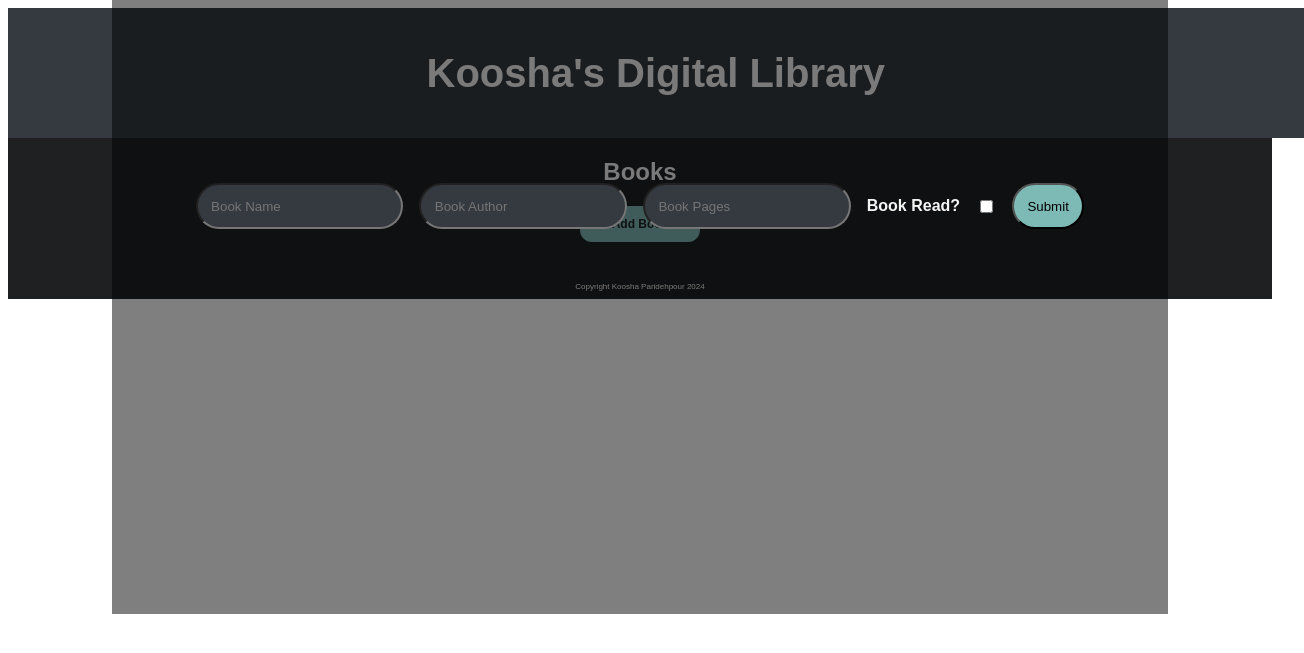
Repository: KooshaPari/odin-TTT
Page: index.html
These files come from the project's save history. The page is drawn as it stood at one moment and after the next save; the edit follows.
The browser window is 1280 px wide. The page is 1304 px wide, so the pictures cover 1304 px, including what lies to the right of the window. The pictures show the whole page.

Above is the page before, as saved 2024-03-14 21:53:55.
Console error: TypeError: Document.querySelector is not a function

After the next save:
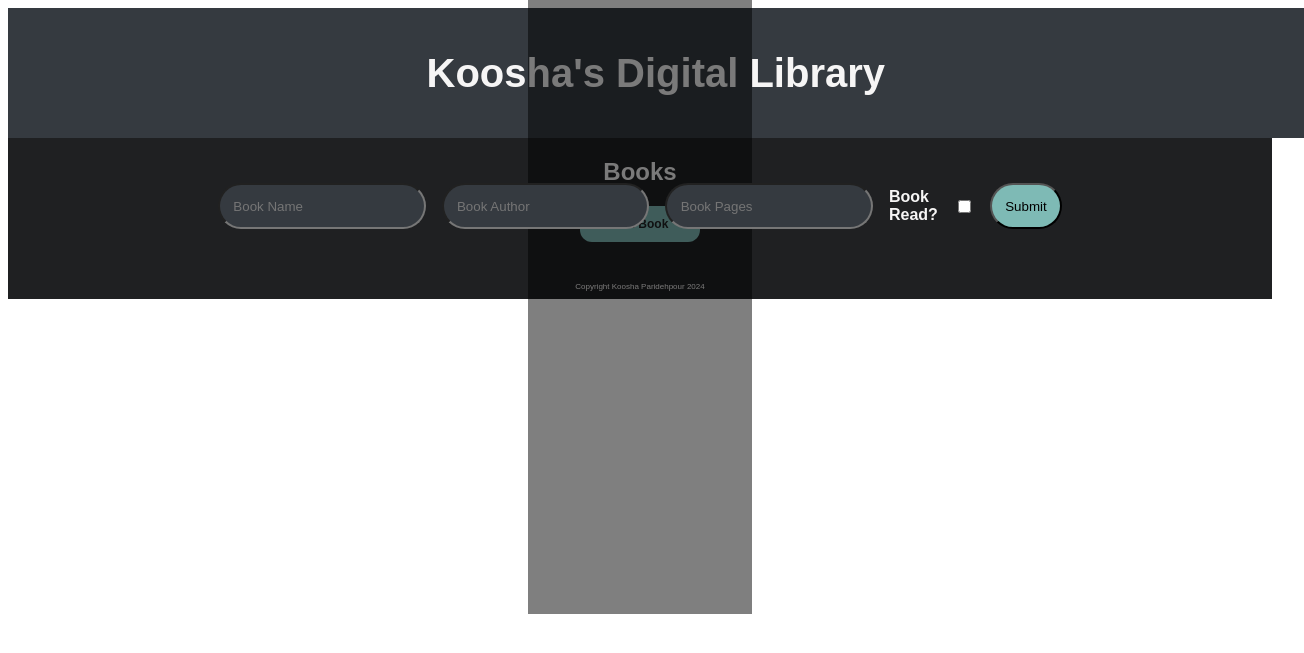
Saved 4 s later.
--- a/style.css
+++ b/style.css
@@ -52,7 +52,7 @@
 }
 #bookForm {
   position: absolute;
-  width: 75vw;
+  width: 10vw;
   height: 100%;
   padding: 3em;
   background-color: rgba(0, 0, 0, 0.5);
